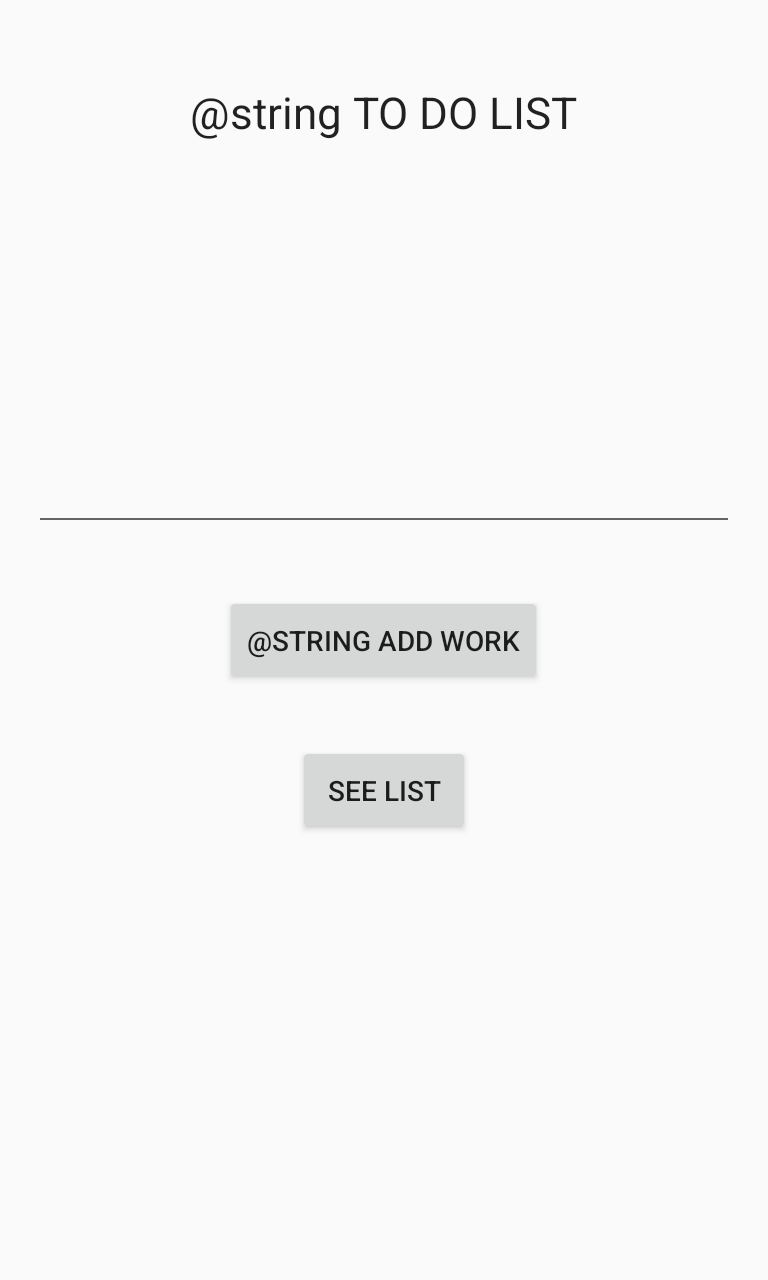
Repository: KibaD/HILLIQUINDOUMBIA
Layout: workspace/Todo_List/res/layout/activity_main.xml
These files come from the project's save history. The layout is drawn as it stood at one moment and after the next save; the edit follows.
It is drawn on a 768 x 1280 px phone screen (xhdpi) without system bars, with theme AppTheme; the app's code is not run.

Above is the layout before, as saved 2015-01-05 02:32:32.

### workspace/Todo_List/res/layout/activity_main.xml
<RelativeLayout xmlns:android="http://schemas.android.com/apk/res/android"
    xmlns:tools="http://schemas.android.com/tools"
    android:layout_width="match_parent"
    android:layout_height="match_parent"
    android:paddingBottom="@dimen/activity_vertical_margin"
    android:paddingLeft="@dimen/activity_horizontal_margin"
    android:paddingRight="@dimen/activity_horizontal_margin"
    android:paddingTop="@dimen/activity_vertical_margin"
    tools:context=".MainActivity" >

    <TextView
        android:id="@+id/textView1"
        android:layout_width="wrap_content"
        android:layout_height="wrap_content"
        android:layout_alignParentTop="true"
        android:layout_centerHorizontal="true"
        android:layout_marginTop="25dp"
        android:text="@string TO DO LIST"
        android:textAppearance="?android:attr/textAppearanceLarge" />

    <Button
        android:id="@+id/button1"
        android:layout_width="wrap_content"
        android:layout_height="wrap_content"
        android:layout_centerHorizontal="true"
        android:layout_centerVertical="true"
        android:text="@string ADD WORK" />

    <EditText
        android:id="@+id/editText1"
        android:layout_width="fill_parent"
        android:layout_height="wrap_content"
        android:layout_above="@+id/button1"
        android:layout_centerHorizontal="true"
        android:layout_marginBottom="28dp"
        android:ems="10" />

    <Button
        android:id="@+id/button2"
        android:layout_width="wrap_content"
        android:layout_height="wrap_content"
        android:layout_below="@+id/button1"
        android:layout_centerHorizontal="true"
        android:layout_marginTop="27dp"
        android:text="See List" />

</RelativeLayout>

Loaded but not shown: workspace/Todo_List/res/values/styles.xml (common file); workspace/Todo_List/res/values-v11/styles.xml (common file); workspace/Todo_List/res/values-v14/styles.xml (common file); workspace/Todo_List/res/values/dimens.xml (common file); workspace/Todo_List/res/values-w820dp/dimens.xml (common file)

After the next save:
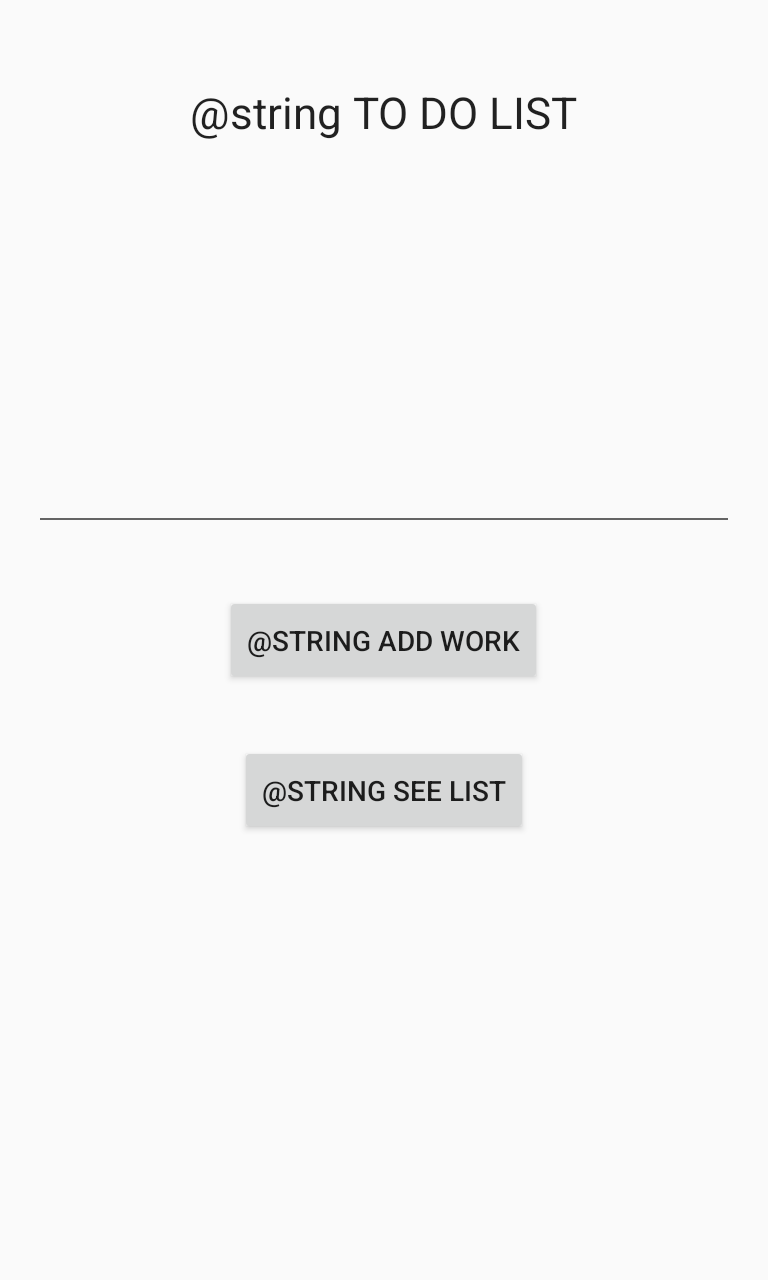
Saved 20 s later.
--- a/workspace/Todo_List/res/layout/activity_main.xml
+++ b/workspace/Todo_List/res/layout/activity_main.xml
@@ -42,6 +42,6 @@
         android:layout_below="@+id/button1"
         android:layout_centerHorizontal="true"
         android:layout_marginTop="27dp"
-        android:text="See List" />
+        android:text="@string See List" />
 
 </RelativeLayout>
